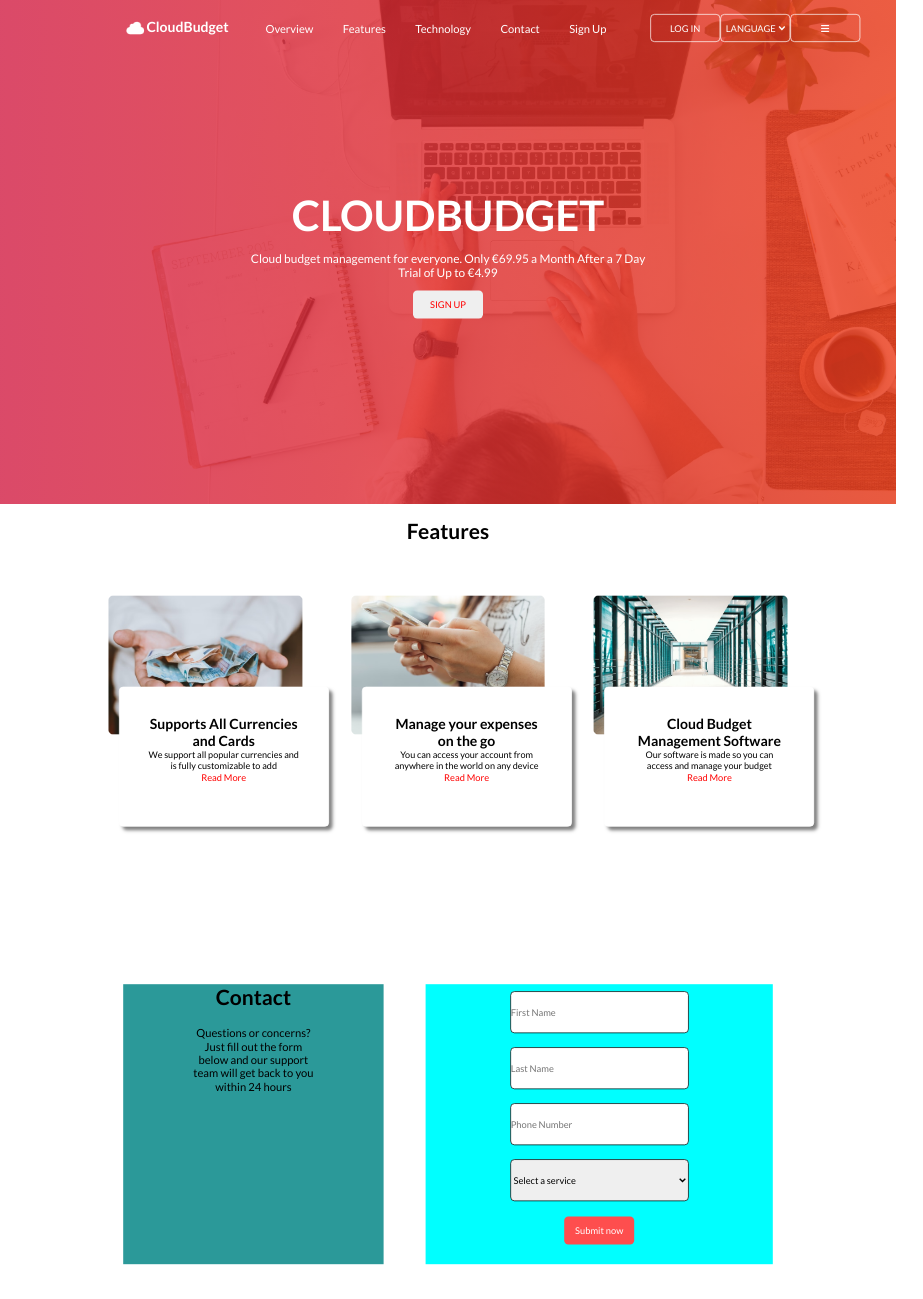
Repository: havvanurrana/website3
Page: index.html
An editor plug-in stored every save of this project. The page is shown before and after the next save, followed by the edit.
The browser window is 1280 px wide. The page is 1318 px wide, so the pictures cover 1318 px, including what lies to the right of the window. The pictures show the whole page, at 70% of full size.

Above is the page before, as saved 2024-08-04 22:28:42.

After the next save:
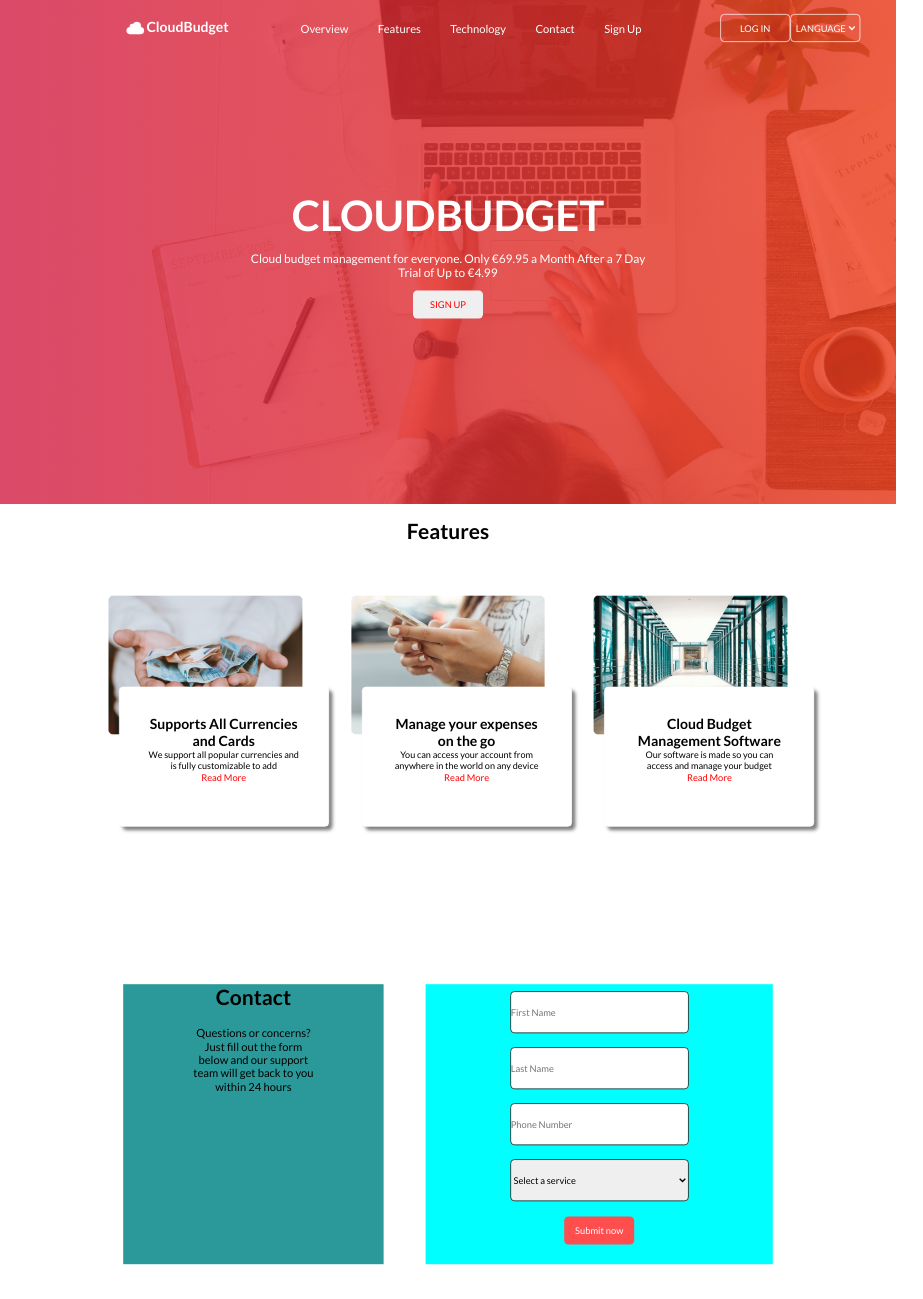
Saved 2 min 41 s later.
--- a/index.html
+++ b/index.html
@@ -52,7 +52,7 @@
                     <option value="fr">French</option>
                 </select>
             </button>
-                <div class="toggle-menu">
+                <div id="menu" class="toggle-menu">
                     <button>
                         <i class="fas fa-bars"></i>
                     </button>
--- a/style.css
+++ b/style.css
@@ -67,6 +67,9 @@ button{
    display: flex;
    justify-content: flex-end;
  /* position: absolute;*/
+}
+#menu{
+   display: none;
 }
 .overview-section{
    min-height: 100vh;
